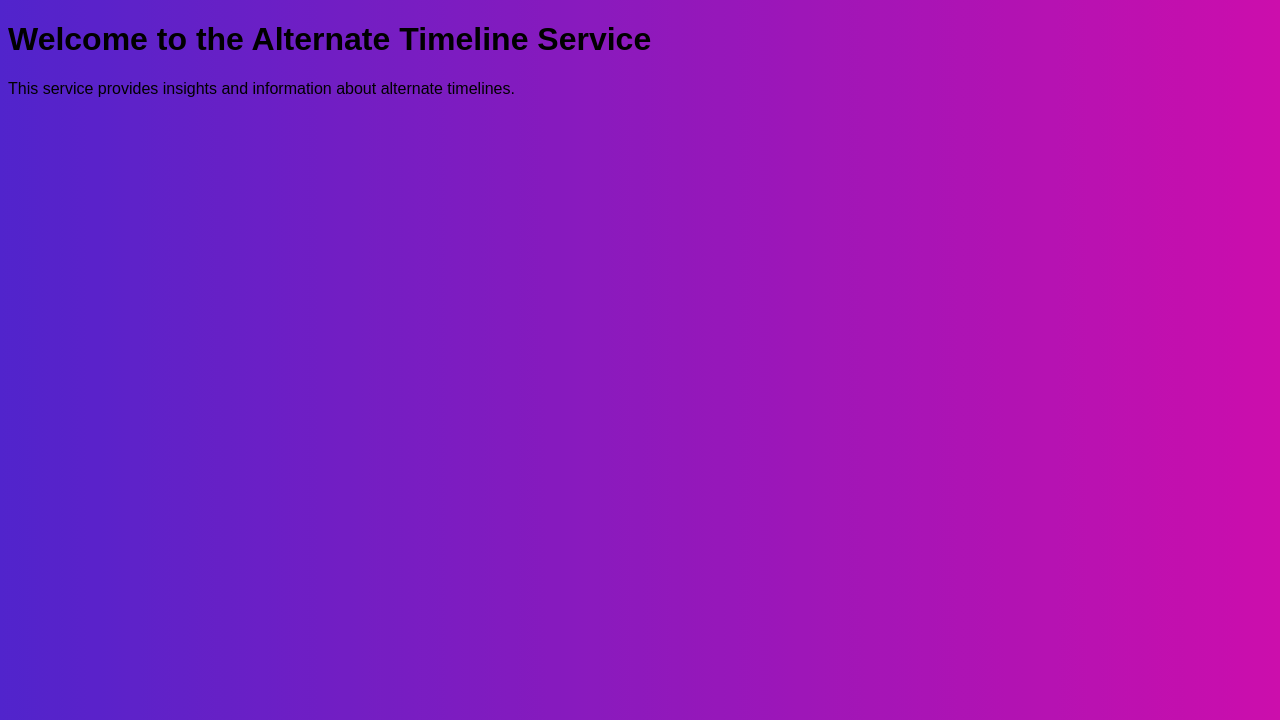
Repository: JovKun/DecisionCraft
Page: service/index.html
The author's editor kept a copy of each file at every save. The page is drawn from the files as they stood at one save, then again after the next save.
The browser window is 1280 px wide. The pictures show the whole page.

Above is the page before, as saved 2026-01-31 12:37:07.

After the next save:
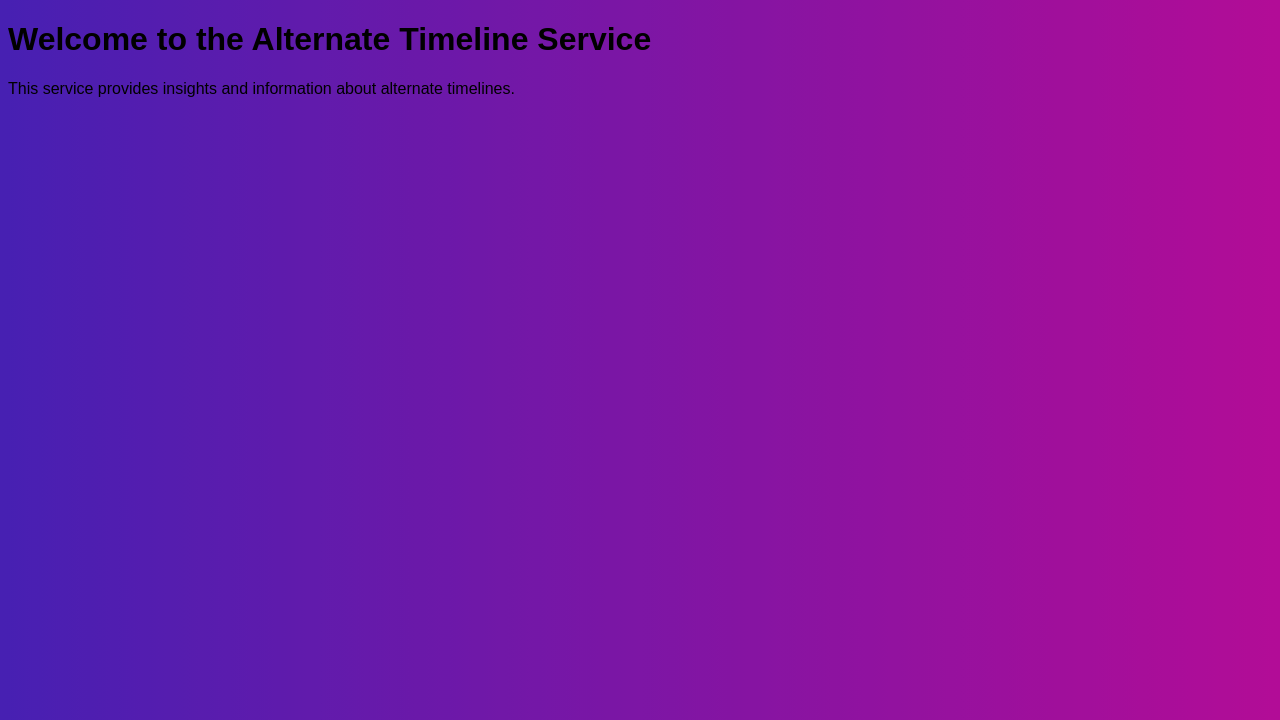
Saved 4 s later.
--- a/service/style.css
+++ b/service/style.css
@@ -1,7 +1,7 @@
 /* style.css */
 html {
     background: linear-gradient(to right, rgb(101, 45, 255), rgb(255, 17, 215));
-    filter: brightness(0.8);
+    filter: brightness(0.7);
     height: 100%;
     margin: 0;
     font-family: Arial, sans-serif;
